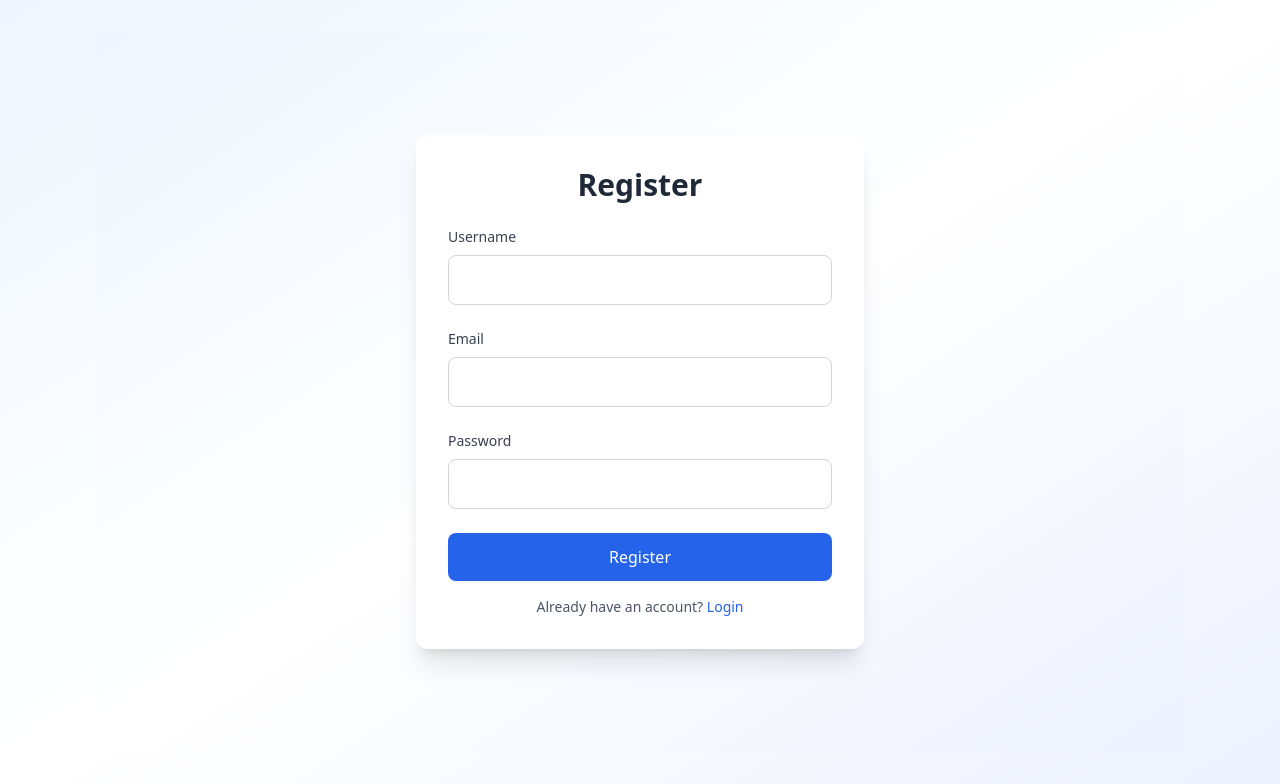
Repository: shakin-shahria/MedTriage-
Page: /register (app in frontend/)
The author's editor kept a copy of each file at every save. The page is drawn from the files as they stood at one save, then again after the next save.
The browser window is 1280 px wide. The pictures show the whole page.
The project was rebuilt for these pictures with package versions that can differ from the ones it lists, and the page was loaded fresh each time. Also part of the build but not shown: frontend/vite.config.js, frontend/src/Login.jsx, frontend/src/Profile.jsx, frontend/src/Admin.jsx, frontend/src/AdminDashboard.jsx, frontend/src/HeartTriage.jsx.

Above is the page before, as saved 2025-10-15 11:19:55.

After the next save:
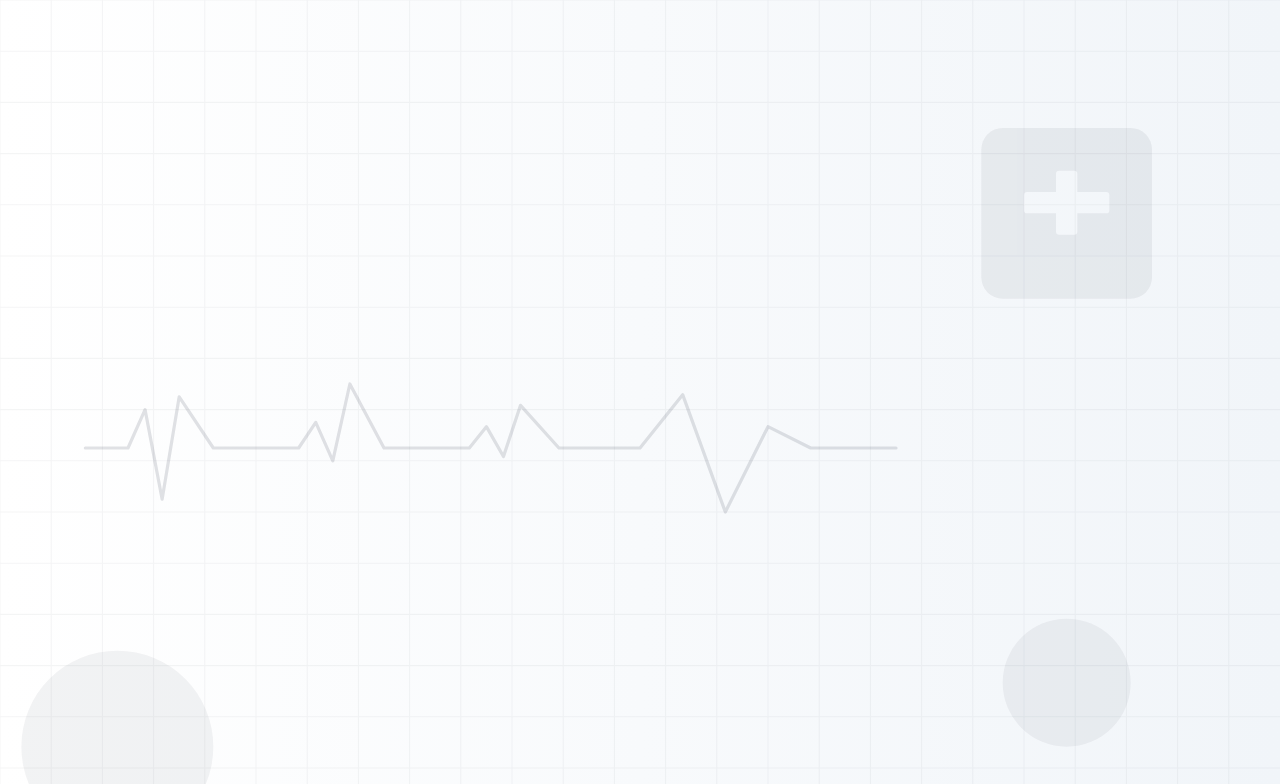
Saved 70 s later.
--- a/frontend/src/Register.jsx
+++ b/frontend/src/Register.jsx
@@ -32,7 +32,49 @@
   }
 
   return (
-    <div className="min-h-screen bg-gradient-to-br from-blue-50 via-white to-indigo-50 flex items-center justify-center py-12 px-4">
+    <div className="min-h-screen bg-transparent flex items-center justify-center py-12 px-4">
+      {/* Diagnostic-themed background SVG: faint grid + ECG waveform + medical icons */}
+      <svg aria-hidden="true" className="fixed inset-0 pointer-events-none" preserveAspectRatio="none" xmlns="http://www.w3.org/2000/svg" viewBox="0 0 1200 800">
+        <defs>
+          <linearGradient id="ecgGrad" x1="0" x2="1">
+            <stop offset="0%" stopColor="#ffffff" />
+            <stop offset="100%" stopColor="#f1f5f9" />
+          </linearGradient>
+        </defs>
+        <rect width="1200" height="800" fill="url(#ecgGrad)" />
+
+        {/* faint clinical grid */}
+        <g stroke="#0f172a" strokeWidth="1" opacity="0.04">
+          {Array.from({ length: 25 }).map((_, i) => {
+            const x = i * 48
+            return <line key={`vx-${i}`} x1={x} y1={0} x2={x} y2={800} />
+          })}
+          {Array.from({ length: 17 }).map((_, i) => {
+            const y = i * 48
+            return <line key={`hy-${i}`} x1={0} y1={y} x2={1200} y2={y} />
+          })}
+        </g>
+
+        {/* ECG waveform path - low contrast and centered */}
+        <g transform="translate(80,420)" stroke="#0f172a" strokeWidth="3" fill="none" opacity="0.12">
+          <path d="M0 0 L40 0 L56 -36 L72 48 L88 -48 L120 0 L200 0 L216 -24 L232 12 L248 -60 L280 0 L360 0 L376 -20 L392 8 L408 -40 L444 0 L520 0 L560 -50 L600 60 L640 -20 L680 0 L760 0" strokeLinecap="round" strokeLinejoin="round" />
+        </g>
+
+        {/* small medical icons (cross, stethoscope circle) */}
+        <g transform="translate(920,120)" opacity="0.06" fill="#0f172a">
+          <rect x="0" y="0" width="160" height="160" rx="20" />
+          <g transform="translate(40,40)" fill="#fff">
+            <rect x="30" y="0" width="20" height="60" rx="3" />
+            <rect x="0" y="20" width="80" height="20" rx="3" />
+          </g>
+        </g>
+
+        {/* subtle pulse circles */}
+        <g opacity="0.05" fill="#0f172a">
+          <circle cx="1000" cy="640" r="60" />
+          <circle cx="110" cy="700" r="90" />
+        </g>
+      </svg>
       <div className="max-w-md w-full bg-white rounded-xl shadow-xl p-8">
         <h1 className="text-3xl font-bold text-gray-800 mb-6 text-center">Register</h1>
         <form onSubmit={handleSubmit} className="space-y-6">

After the save that followed:
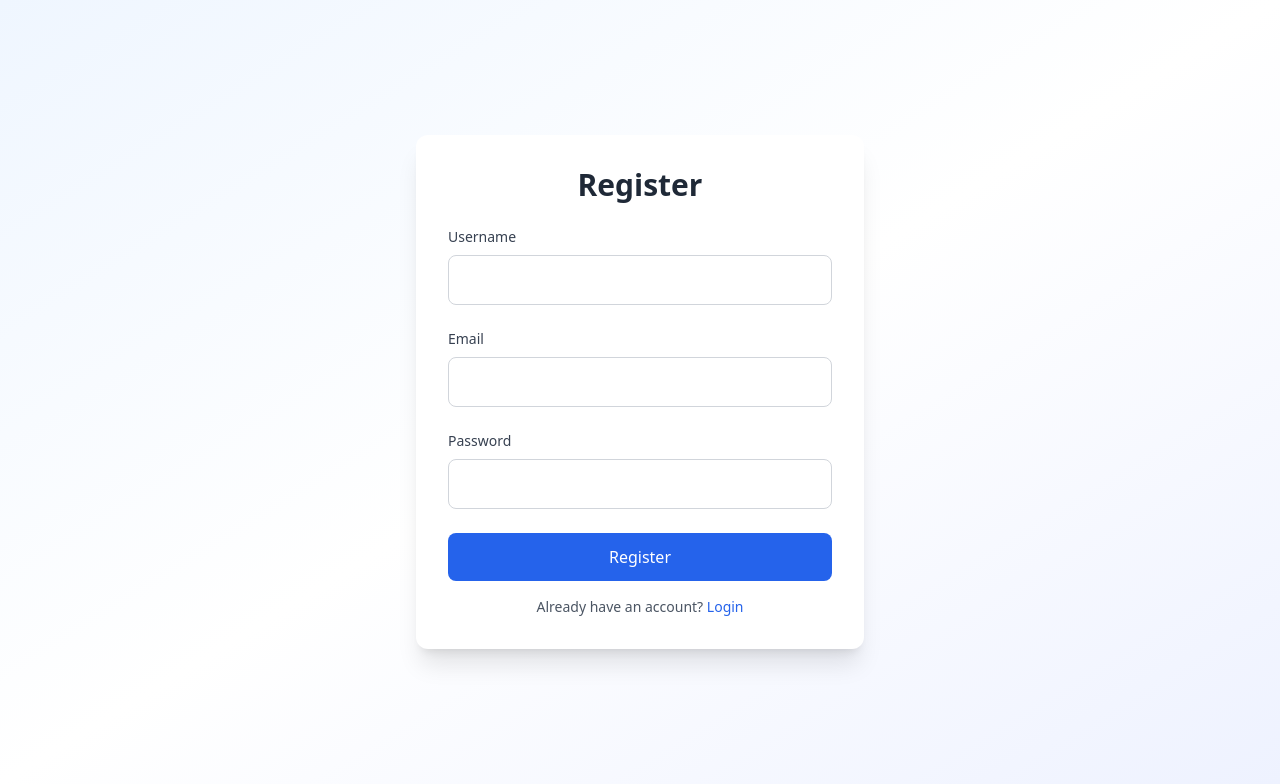
Saved 41 s later.
--- a/frontend/src/Register.jsx
+++ b/frontend/src/Register.jsx
@@ -34,7 +34,7 @@
   return (
     <div className="min-h-screen bg-transparent flex items-center justify-center py-12 px-4">
       {/* Diagnostic-themed background SVG: faint grid + ECG waveform + medical icons */}
-      <svg aria-hidden="true" className="fixed inset-0 pointer-events-none" preserveAspectRatio="none" xmlns="http://www.w3.org/2000/svg" viewBox="0 0 1200 800">
+      <svg aria-hidden="true" className="fixed inset-0 pointer-events-none -z-10" preserveAspectRatio="none" xmlns="http://www.w3.org/2000/svg" viewBox="0 0 1200 800">
         <defs>
           <linearGradient id="ecgGrad" x1="0" x2="1">
             <stop offset="0%" stopColor="#ffffff" />
